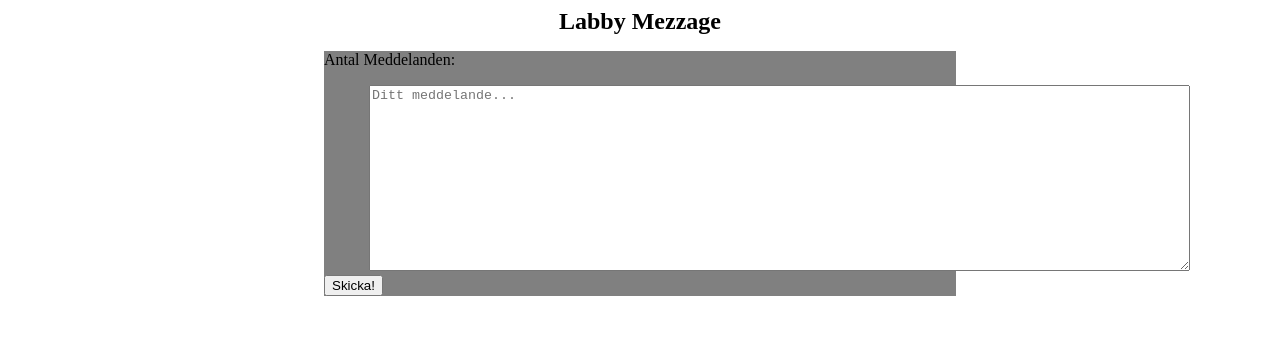
Repository: ao222qc/1dv403-laborationer
Page: 2-labbymezzage/Index.html
The author's editor kept a record of every edit. The page is drawn from the files as they stood at one moment, then again after the next edit.
The browser window is 1280 px wide. The pictures show the whole page.

Above is the page before.

### 2-labbymezzage/Index.html
<!DOCTYPE html>

<html>
        <head>
                <meta charset="UTF-8" />
                <title>Lab2 - Labby Mezzage</title>
                <link rel="stylesheet" type="text/css" href="style.css" />
        </head>
        <body>
            <header>Labby Mezzage</header>
            <main>


    	    	<p id="numberOfMessages">Antal Meddelanden: </p>
    	    	<textarea id="textarea" rows="12" cols="100" placeholder="Ditt meddelande..."></textarea>


    	    	<input id="button" type="submit" value="Skicka!" />
        		</form>

            </main>
            <script type="text/javascript" src="Message.js"></script>
            <script type="text/javascript" src="messageboard.js"></script>
        </body>
</html>

### 2-labbymezzage/style.css
main
{
    background-color: Gray;
    width:50%;
    display:block;
    margin-left:auto;
    margin-right:auto;
}



#textarea
{
    margin-left:45px;
}
header
{
    font-size:150%;
    font-weight:bold;
    text-align:center;
}
#messagearea
{
    font-size:120%;
    background-color: #D0D0D0;
    border-style:solid;
    border-width:1px;
    word-break:break-all;
    overflow-y:scroll;
    max-height:600px;
}
#messagearea p
{
     padding:10px 10px 10px;

}

### 2-labbymezzage/messageboard.js
"use strict";

var MessageBoard = {

    messages: [],
    amountOfMessages: 0,
    init:function()
    {
        var button = document.getElementById("button");

        button.onclick = MessageBoard.sendMessage;

    },
    sendMessage:function()
    {
    var textInput = document.getElementById("textarea").value;

    MessageBoard.messages.push(new Message(textInput, new Date()));

    //alert(MessageBoard.messages[MessageBoard.amountOfMessages]);

    MessageBoard.amountOfMessages++;
    var input = MessageBoard.messages.length-1;

    MessageBoard.renderMessage(input);
    },

    renderMessage:function(input)
    {
        var text = document.createElement("p");
        text.innerHTML = MessageBoard.messages[input].getHTMLText();
        messagearea.appendChild(text);


    }





};




window.onload = MessageBoard.init;


//var value = document.getElementById("textarea").value;
//document.getElementById("button").onclick = function(){
  //  alert("HEJ");

//};

Loaded but not shown: 2-labbymezzage/Message.js (no copy from this time; the picture is the same without it)

After the next edit:
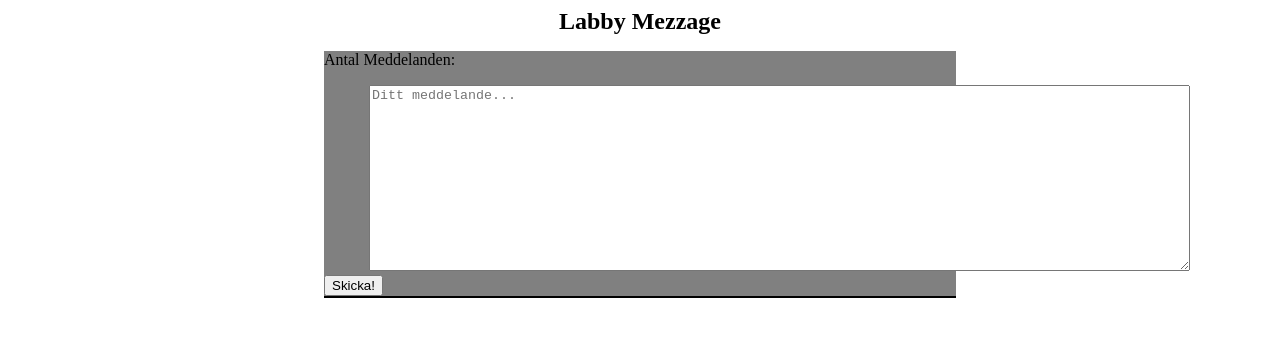
The edit:
--- a/2-labbymezzage/Index.html
+++ b/2-labbymezzage/Index.html
@@ -16,6 +16,10 @@
 
 
     	    	<input id="button" type="submit" value="Skicka!" />
+    	    	<div id="messagearea">
+
+
+    	    	</div>
         		</form>
 
             </main>
